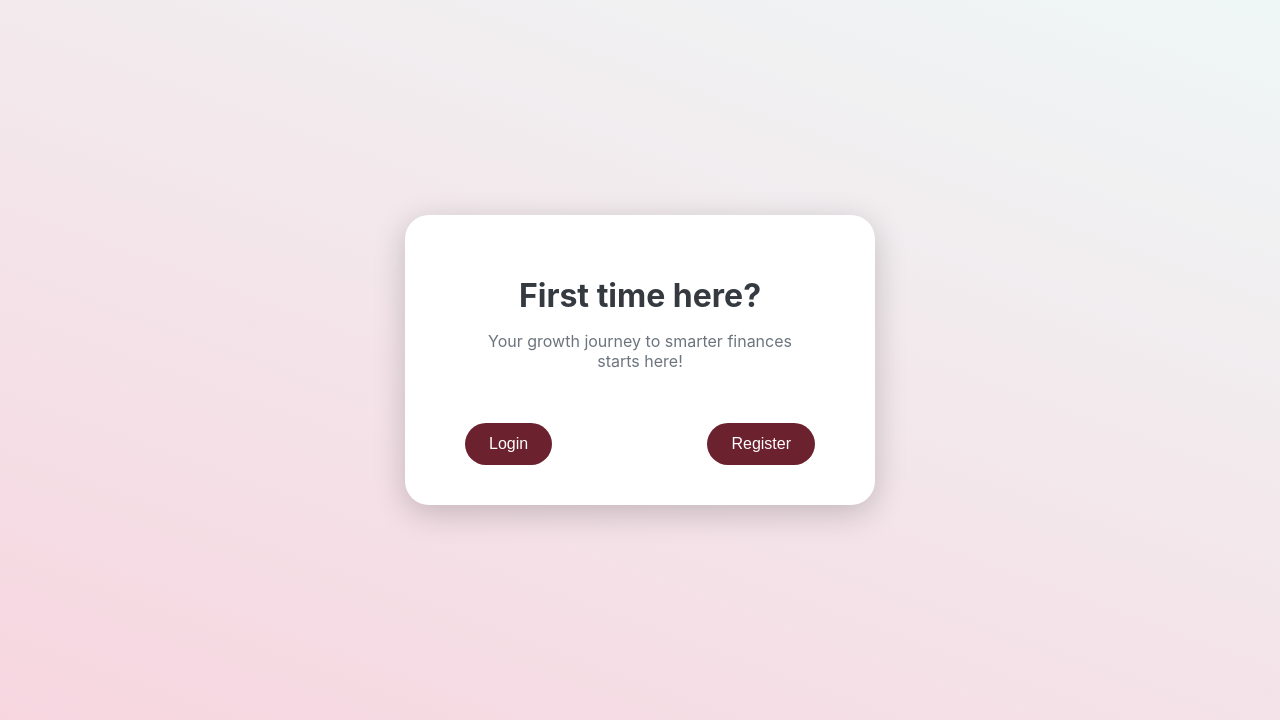
Repository: aab232/https---github.com-aab232-Deferred-Payment-Platform
Page: / (app in frontend/)
An editor plug-in stored every save of this project. The page is shown before and after the next save, followed by the edit.
The browser window is 1280 px wide. The pictures show the whole page.
The project was rebuilt for these pictures with package versions that can differ from the ones it lists, and the page was loaded fresh each time. Also part of the build but not shown: frontend/src/components/Register.js, frontend/src/components/Login.js, frontend/src/components/Main.js, frontend/src/components/Settings.js.

Above is the page before, as saved 2025-03-20 23:56:14.

After the next save:
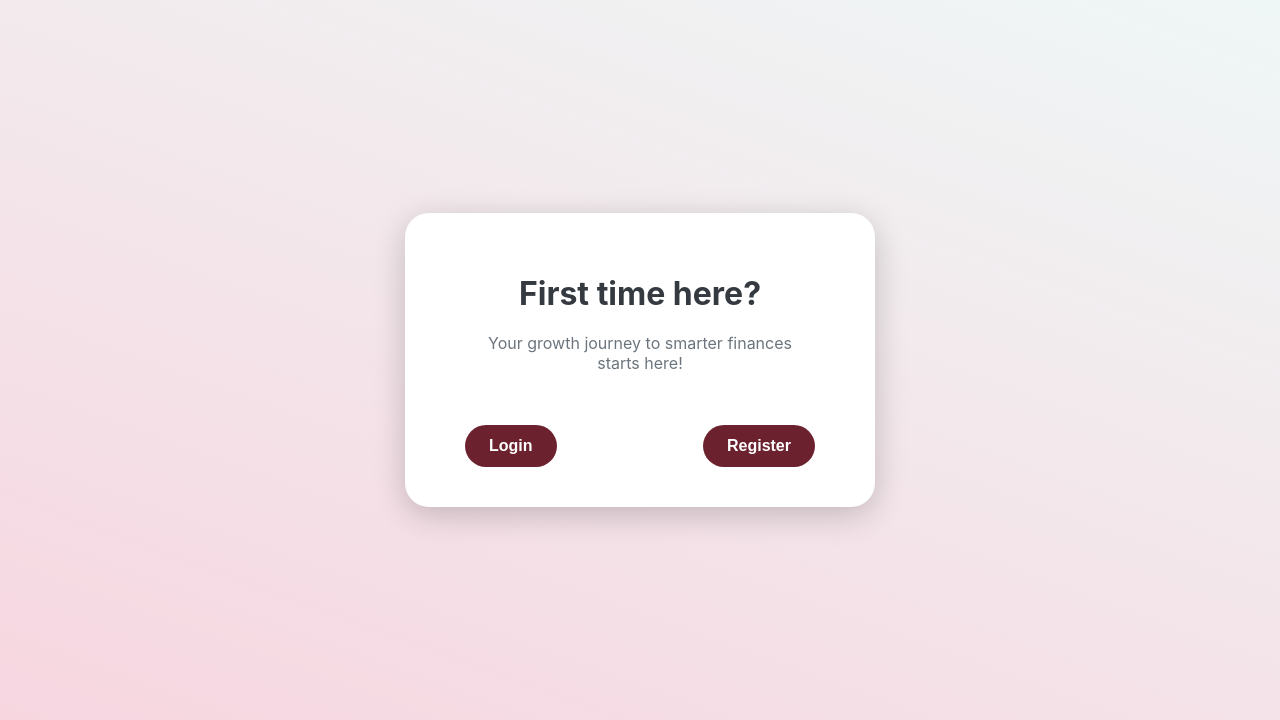
Saved 2 min 2 s later.
--- a/frontend/src/App.js
+++ b/frontend/src/App.js
@@ -4,6 +4,7 @@ import Home from './components/Home';
 import Register from './components/Register';
 import Login from './components/Login';
 import Main from './components/Main';
+import Settings from './components/Settings';
 
 const App = () => {
   return (
@@ -13,6 +14,7 @@ const App = () => {
         <Route path="/login" element={<Login />} />
         <Route path="/register" element={<Register />} />
         <Route path="/main" element={<Main />} />
+        <Route path="/settings" element={<Settings />} />
       </Routes>
     </Router>
   );
